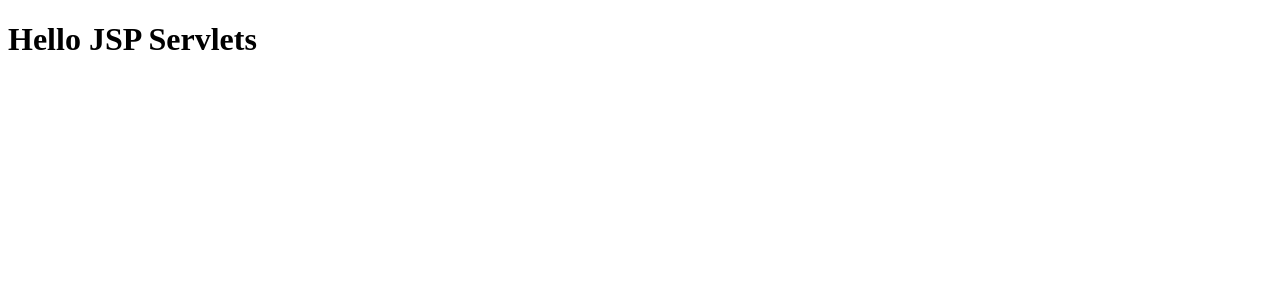
Repository: dannyAtcs/JavaSpringBoot
Page: Day-1/Demo/src/main/webapp/index.html
The author's editor kept a copy of each file at every save. The page is drawn from the files as they stood at one save, then again after the next save.
The browser window is 1280 px wide. The pictures show the whole page.

Above is the page before, as saved 2022-06-13 09:24:22.

After the next save:
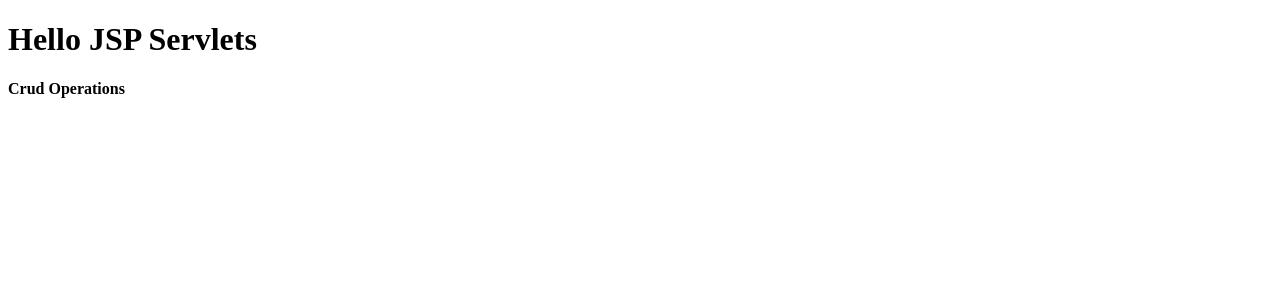
Saved 115 s later.
--- a/Day-1/Demo/src/main/webapp/index.html
+++ b/Day-1/Demo/src/main/webapp/index.html
@@ -6,5 +6,7 @@
 </head>
 <body>
 <h1> Hello JSP Servlets</h1>
+
+<h4> Crud Operations </h4>
 </body>
 </html>
